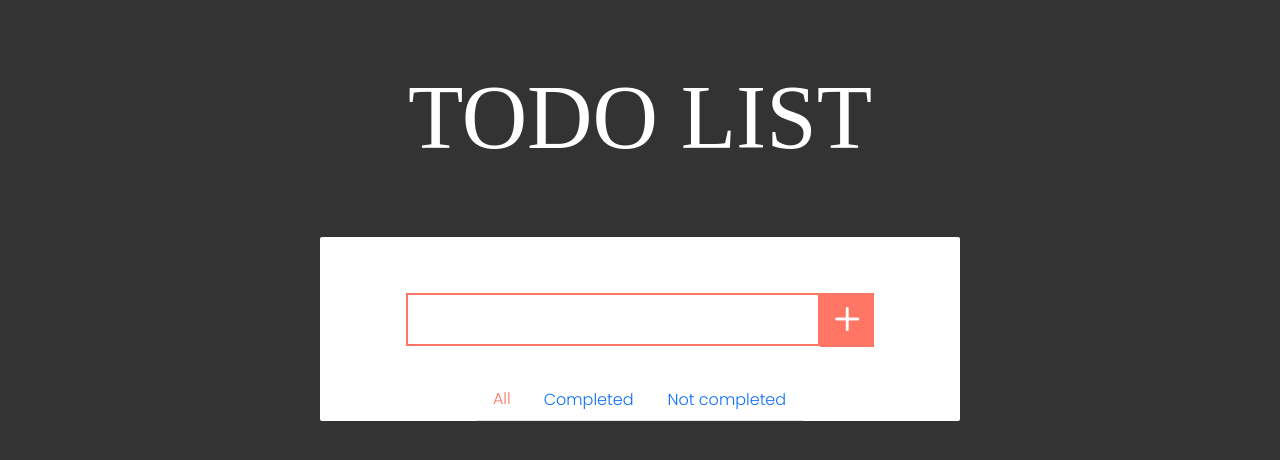
Repository: zum281/todo-list
Page: index.html
The author's editor kept a copy of each file at every save. The page is drawn from the files as they stood at one save, then again after the next save.
The browser window is 1280 px wide. The pictures show the whole page.
Some web fonts or font styles are not loaded; a fallback is used. Some web libraries are served in a nearby version. The style sheet was rebuilt from its Sass, Less or Tailwind sources for each picture, by a compiler version that may differ from the author's.

Above is the page before, as saved 2021-03-07 14:24:02.

After the next save:
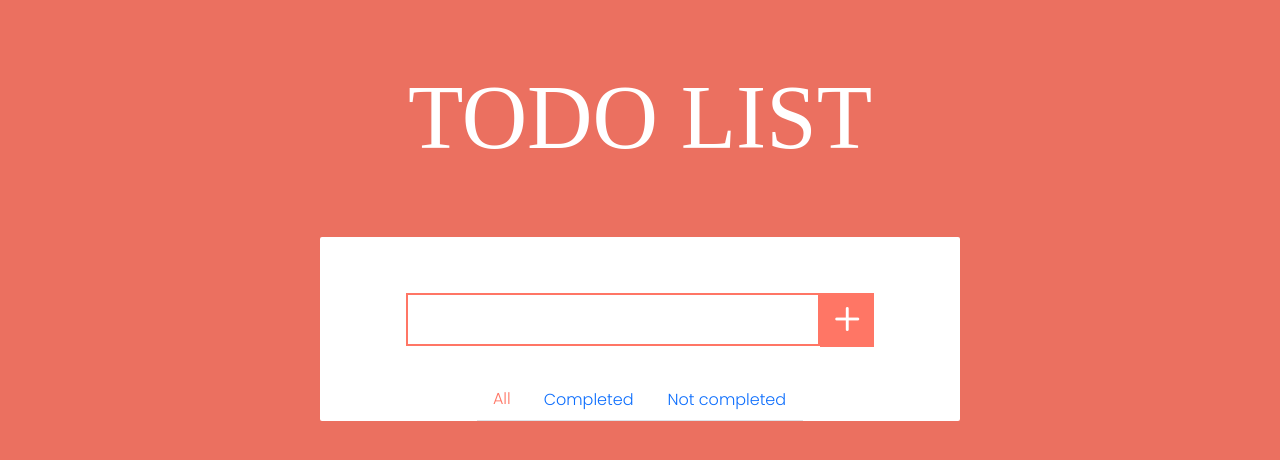
Saved 12 s later.
--- a/sass/main.scss
+++ b/sass/main.scss
@@ -10,8 +10,8 @@
 body {
     font-weight: 300;
     font-family: "Poppins";
-    background-color: #333333;
-    color: #333333;
+    background-color: $primary-orange;
+    color: $text-main;
 }
 
 .title {
